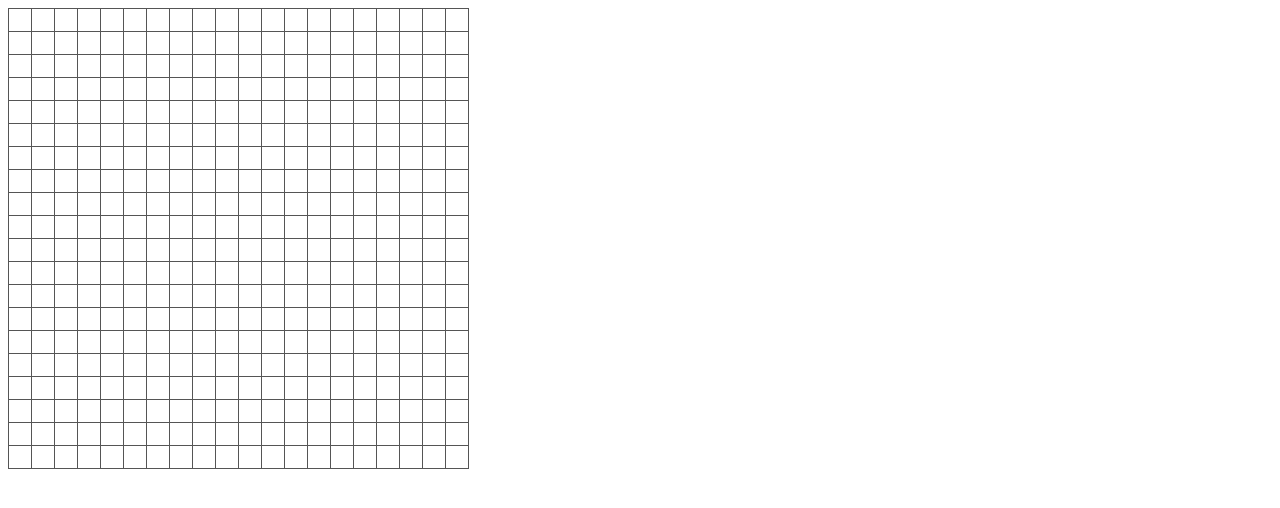
Repository: ycsheng/Games
Page: 01_snake/index.html
An editor plug-in stored every save of this project. The page is shown before and after the next save, followed by the edit.
The browser window is 1280 px wide. The pictures show the whole page.

Above is the page before, as saved 2021-09-18 10:19:54.

After the next save:
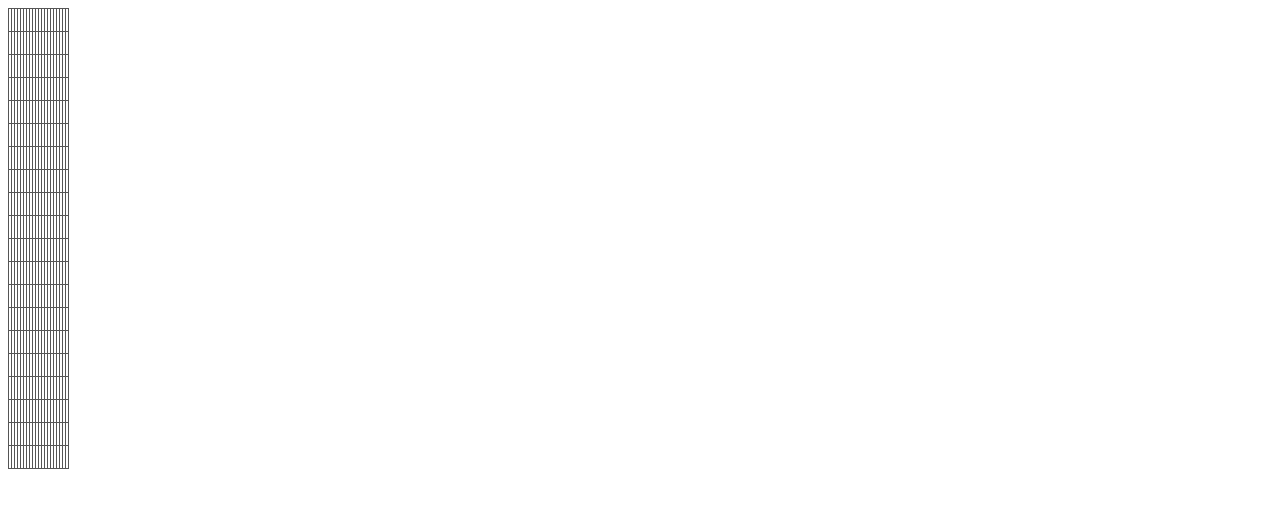
Saved 86 s later.
--- a/01_snake/index.html
+++ b/01_snake/index.html
@@ -10,7 +10,7 @@
       border-collapse: collapse;
       /* border: 1px solid #333 */
     }
-    td {
+    table,tr,td {
       width: 20px;
       height: 20px;
       border: 1px solid #555;

After the save that followed:
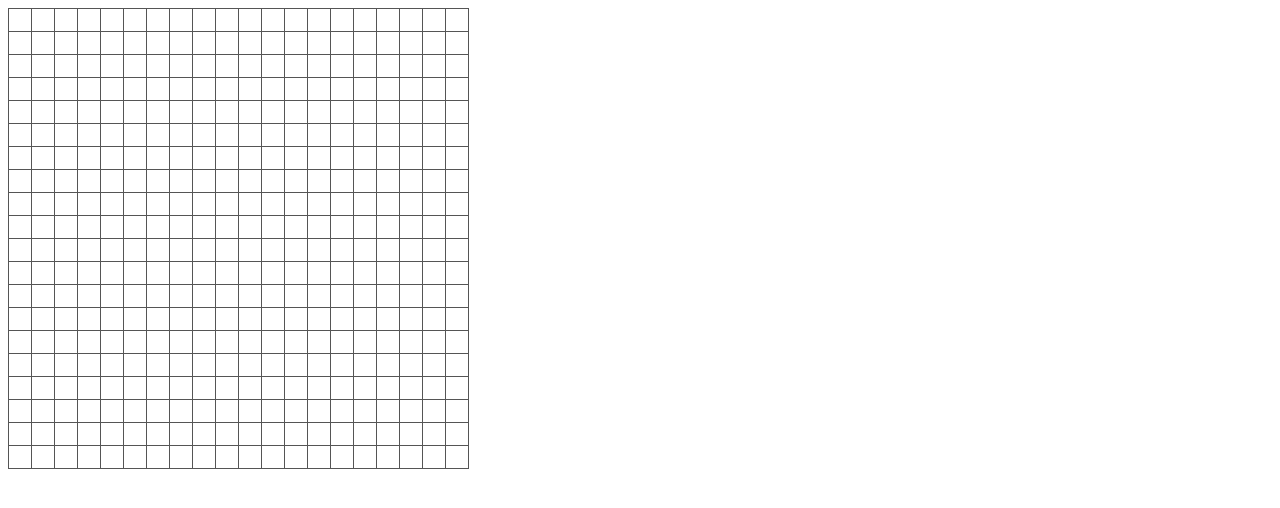
Saved 10 s later.
--- a/01_snake/index.html
+++ b/01_snake/index.html
@@ -10,7 +10,7 @@
       border-collapse: collapse;
       /* border: 1px solid #333 */
     }
-    table,tr,td {
+    tr,td {
       width: 20px;
       height: 20px;
       border: 1px solid #555;
